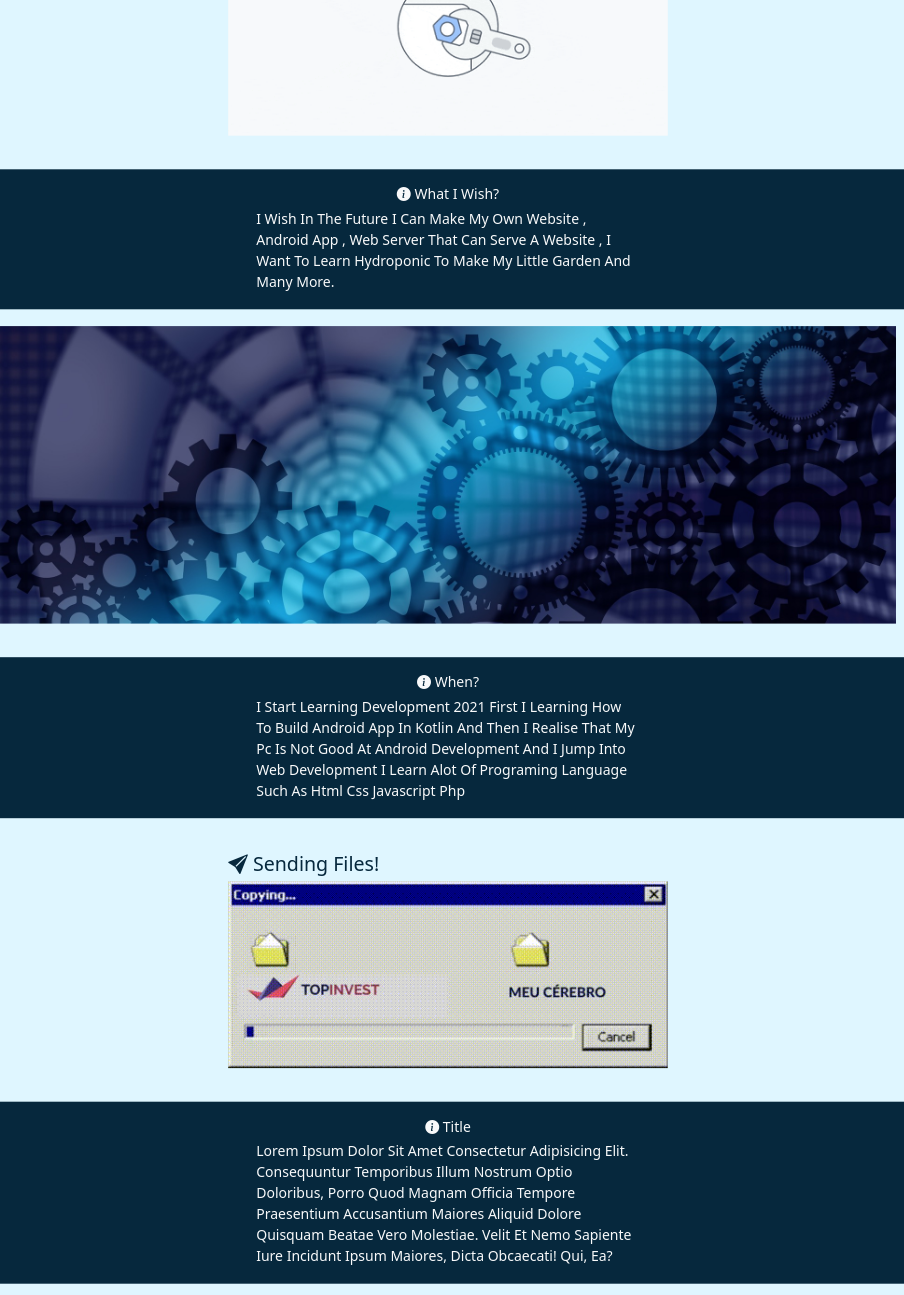
Repository: initer3737/initer3737.github.io
Page: index.html
The author's editor kept a copy of each file at every save. The page is drawn from the files as they stood at one save, then again after the next save.
The browser window is 1280 px wide. The page is 1292 px wide, so the pictures cover 1292 px, including what lies to the right of the window. The pictures show the part of the page from y = 2497 to 4377 px (the page is 4347 px tall before and 4377 px after), at 70% of full size.
Some web libraries are served in a nearby version.

Above is the page before, as saved 2022-06-12 23:10:59.
Console error: TypeError: Cannot set properties of null (setting 'innerHTML')

After the next save:
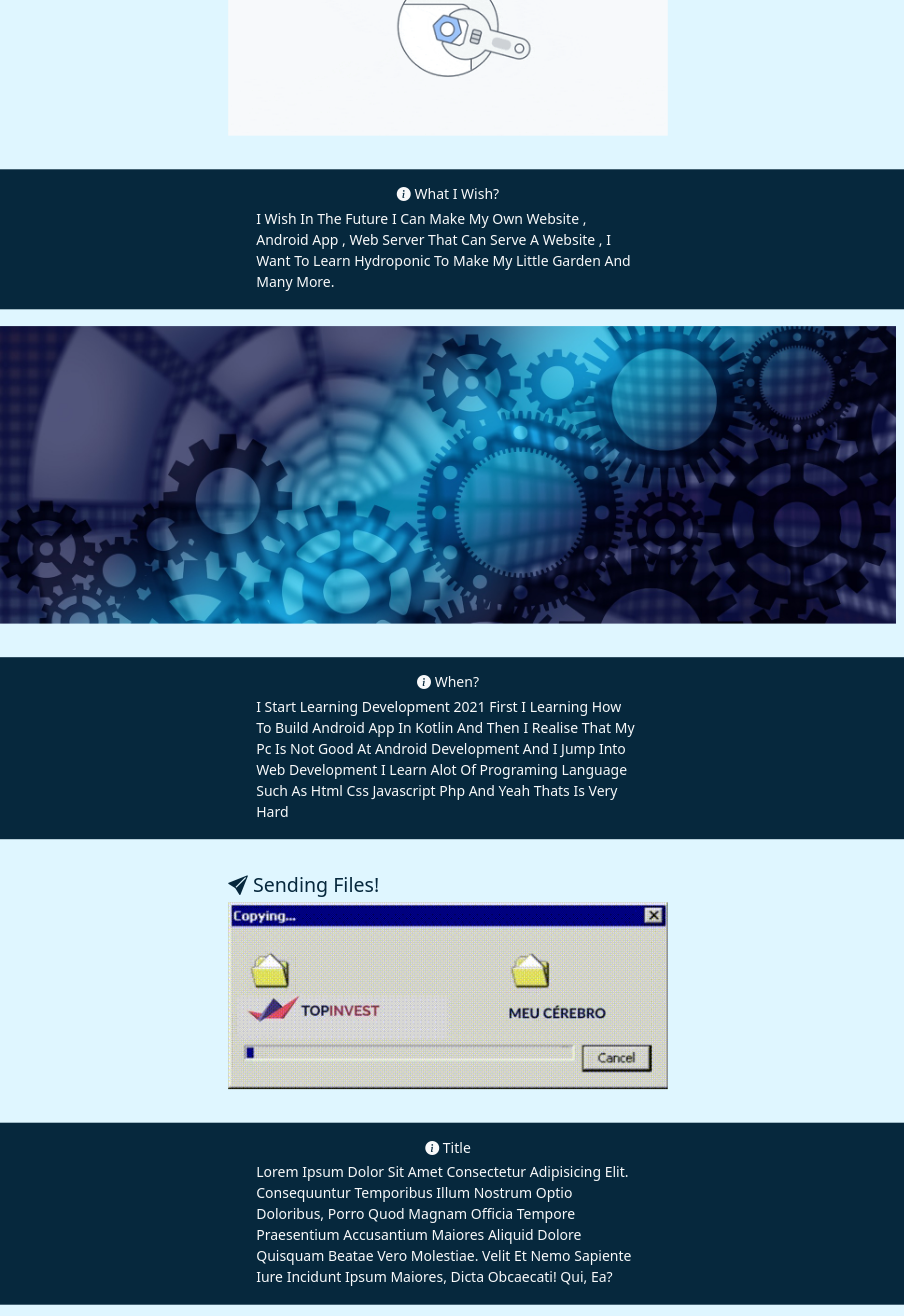
Saved 14 s later.
--- a/index.html
+++ b/index.html
@@ -116,7 +116,7 @@
             <div class="text-center "><h5><i class="bi bi-info-circle-fill"></i> when?</h5></div>
             <div class="text-start fs-5 px-5 col-12 col-md-6 m-auto">
                i start learning development 2021 first i learning how to build android app in kotlin
-               and then i realise that my pc is not good at android development and i jump into web development i learn alot of programing language such as html css javascript php
+               and then i realise that my pc is not good at android development and i jump into web development i learn alot of programing language such as html css javascript php and yeah thats is very hard
             </div>
           </div>
            <div class="col-6 mt-5 m-auto">

After the 6 saves that followed:
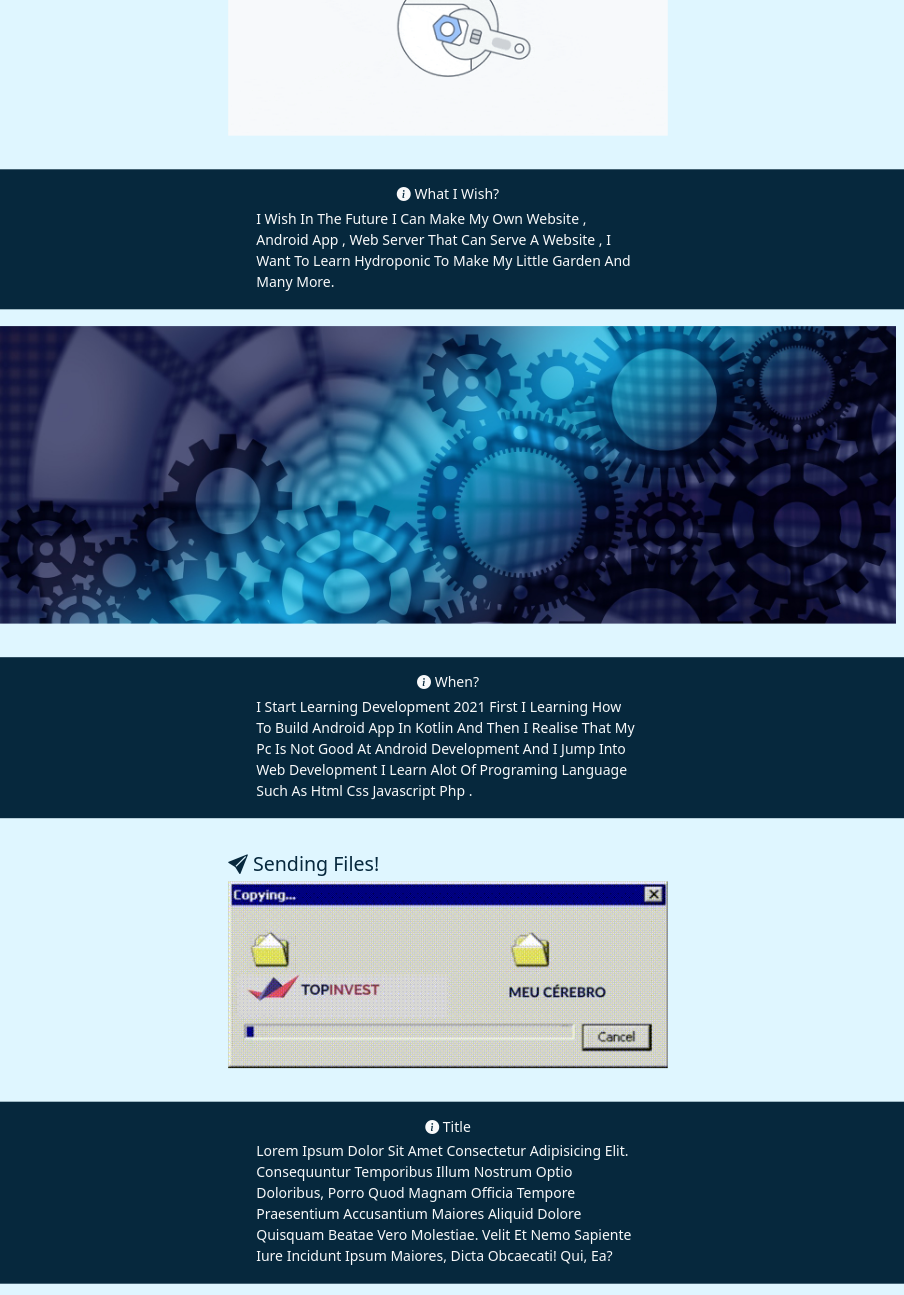
The 6 saves are shown as one change because they came seconds apart.
The last was saved 20 s later.
--- a/index.html
+++ b/index.html
@@ -116,7 +116,7 @@
             <div class="text-center "><h5><i class="bi bi-info-circle-fill"></i> when?</h5></div>
             <div class="text-start fs-5 px-5 col-12 col-md-6 m-auto">
                i start learning development 2021 first i learning how to build android app in kotlin
-               and then i realise that my pc is not good at android development and i jump into web development i learn alot of programing language such as html css javascript php and yeah thats is very hard
+               and then i realise that my pc is not good at android development and i jump into web development i learn alot of programing language such as html css javascript php .
             </div>
           </div>
            <div class="col-6 mt-5 m-auto">
